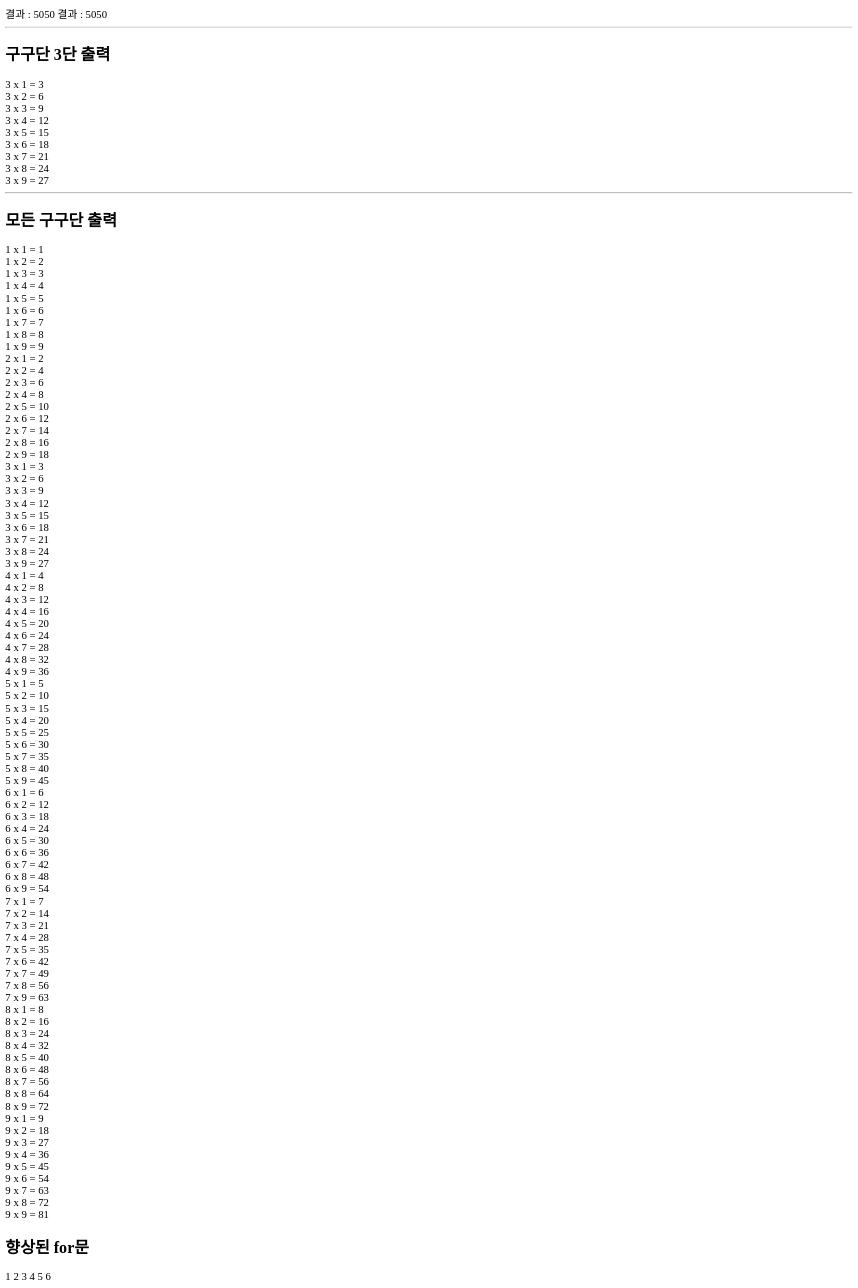
Repository: huntingforheat/JavaProject
Page: http://localhost/myweb/jstl/jstl_foreach.jsp
These files come from the project's save history. The page is drawn as it stood at one moment and after the next save; the edit follows.
The browser window is 1280 px wide. The pictures show the whole page, at 67% of full size.
The page is served by Tomcat 9.

Above is the page before, as saved 2024-04-17 03:44:15.

After the next save:
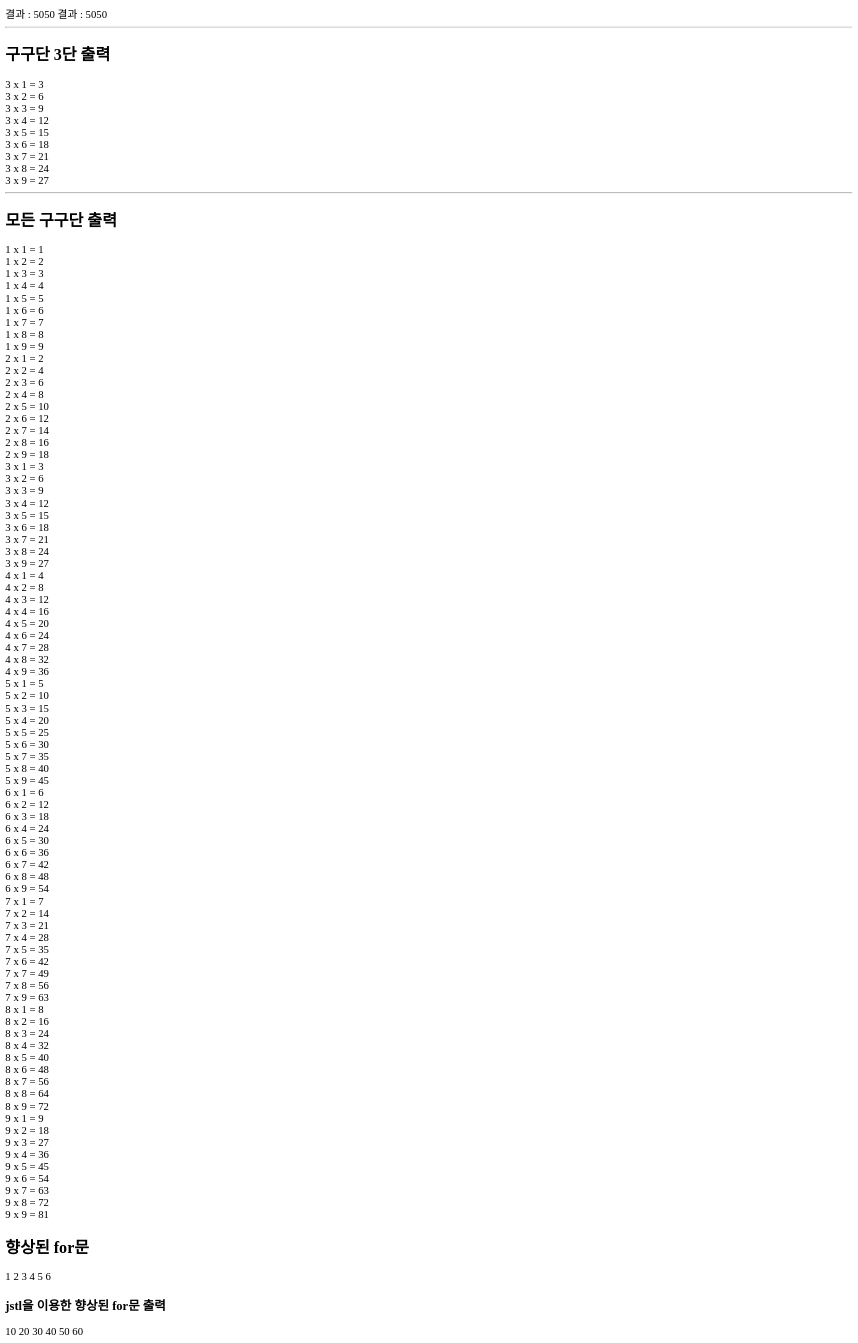
Saved 2 min 28 s later.
--- a/myweb/src/main/webapp/jstl/jstl_foreach.jsp
+++ b/myweb/src/main/webapp/jstl/jstl_foreach.jsp
@@ -49,5 +49,11 @@
 			out.println(a);
 		}
 	%>
+	<br>
+	<c:set var = "arr2" value = "<%= new int[] {10,20,30,40,50,60} %>"></c:set>
+	<h3>jstl을 이용한 향상된 for문 출력</h3>
+	<c:forEach var = "i" items="${arr2 }">
+		${i }
+	</c:forEach>
 	</body>
 </html>
